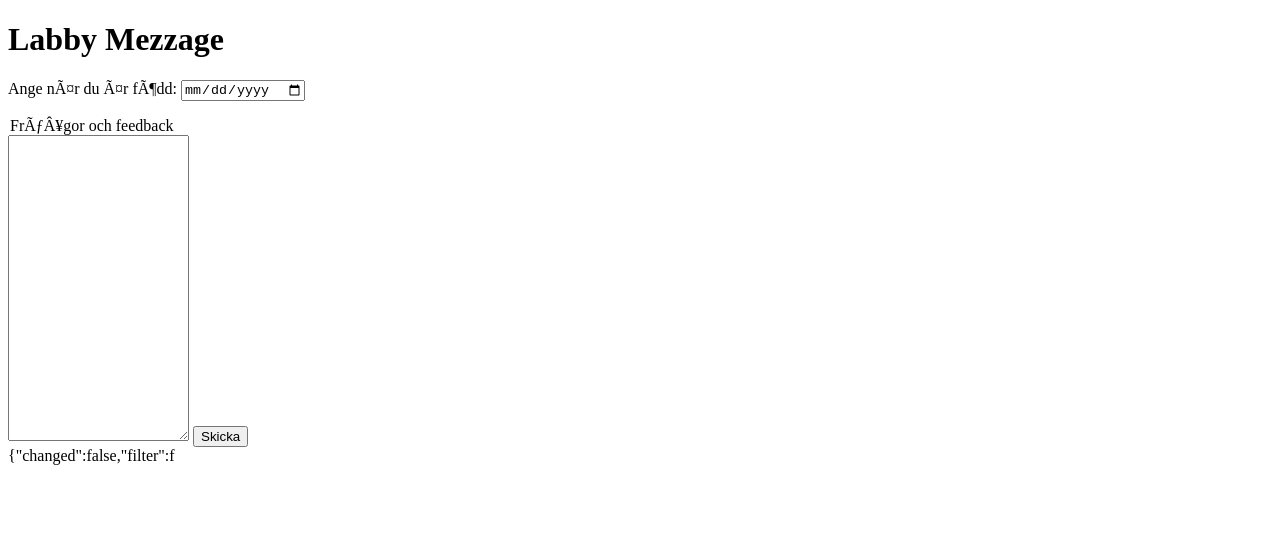
Repository: em222mt/1dv403-laborationer
Page: 2-labbymezzage/Index.html
The author's editor kept a record of every edit. The page is drawn from the files as they stood at one moment, then again after the next edit.
The browser window is 1280 px wide. The pictures show the whole page.

Above is the page before.

### 2-labbymezzage/Index.html
<!DOCTYPE html>
<html lang="sv">
<head>
	<meta charset="iso-8859-1" />
 	<title>Labby Mezzage</title>

</head>
    <body>
        <h1>Labby Mezzage</h1>
 		<form>
 			Ange när du är född:
 			<input type="date" id="string" />
 			<p id="value"></p>
		</form>
		<form>
            <legend class="formframe">FrÃ¥gor och feedback</legend>
            <textarea class="formunit" id="formtext" for="textarea" cols="20" rows="20"></textarea>
            <input id="send" type="submit" value="Skicka" />
        </form>

    	  <script src="Message.js"></script>
    	  <script src="MessageBoard.js"></script>

    </body>
</html>{"changed":false,"filter":f

Loaded but not shown: 2-labbymezzage/js/Message.js (no copy from this time; the picture is the same without it); 2-labbymezzage/js/MessageBoard.js (no copy from this time; the picture is the same without it)

After the next edit:
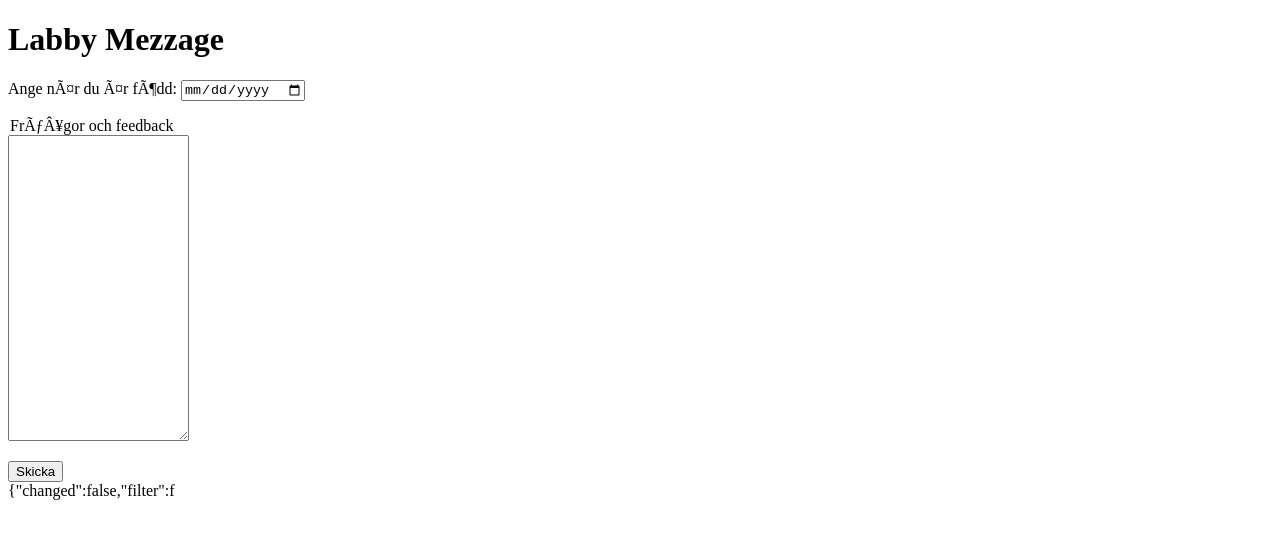
The edit:
--- a/2-labbymezzage/Index.html
+++ b/2-labbymezzage/Index.html
@@ -15,6 +15,7 @@
 		<form>
             <legend class="formframe">FrÃ¥gor och feedback</legend>
             <textarea class="formunit" id="formtext" for="textarea" cols="20" rows="20"></textarea>
+            <p id="value"></p>
             <input id="send" type="submit" value="Skicka" />
         </form>
 
